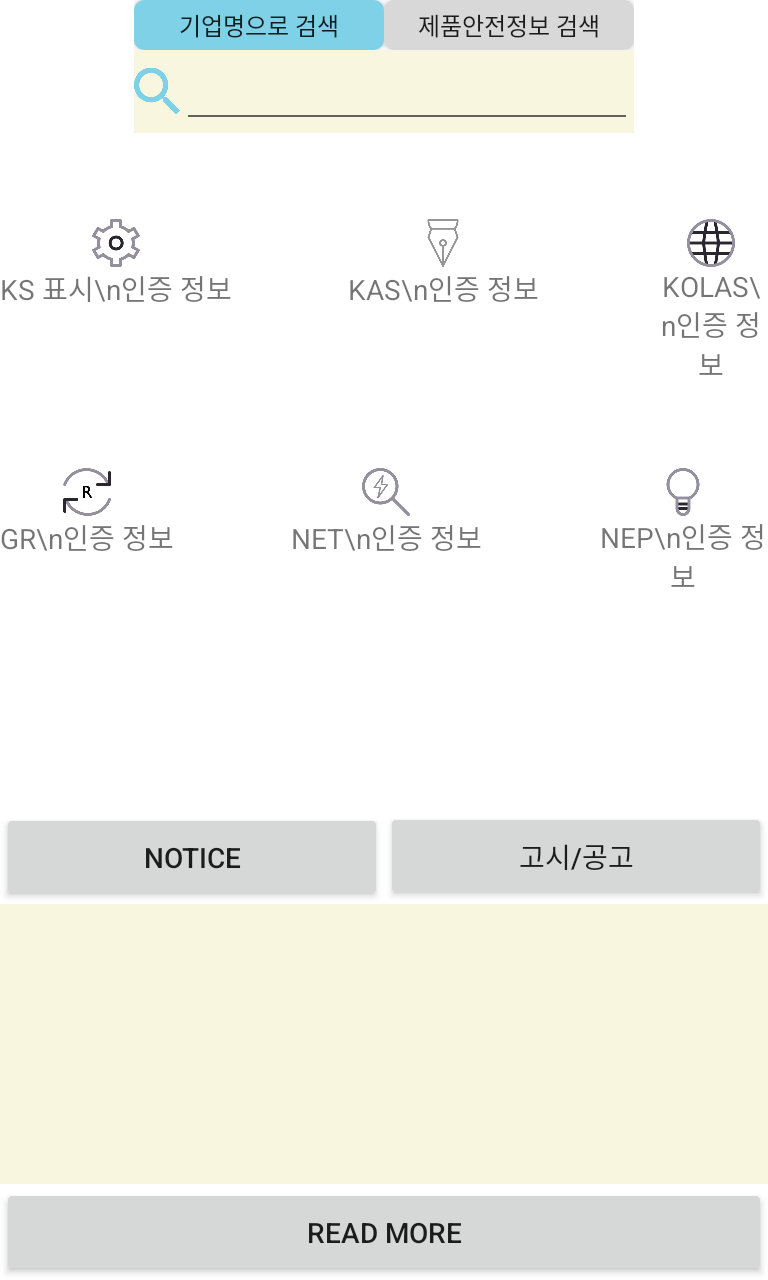
Repository: team-peony/ccfinder
Layout: android/CertifiedCompanyFinder/res/layout/fragment_main.xml
The author's editor kept a copy of each file at every save. The layout is drawn from the files as they stood at one save, then again after the next save.
It is drawn on a 768 x 1280 px phone screen (xhdpi) without system bars, with theme AppTheme; the app's code is not run. Lists and similar views that code fills are empty.

Above is the layout before, as saved 2015-02-19 17:14:28.

### android/CertifiedCompanyFinder/res/layout/fragment_main.xml
<RelativeLayout xmlns:android="http://schemas.android.com/apk/res/android"
    xmlns:tools="http://schemas.android.com/tools"
    android:layout_width="match_parent"
    android:layout_height="match_parent"
    android:background="#FFFFFF"
    tools:context="com.peony.ccfinder.MainActivity$PlaceholderFragment" >

    <!-- 검색어 입력창 부분 -->
    <LinearLayout
        android:id="@+id/main_llSearch"
        android:layout_centerHorizontal="true"
        android:layout_width="250dp"
        android:layout_height="wrap_content"
        android:orientation="vertical">

        <LinearLayout
            android:layout_width="match_parent"
            android:layout_height="wrap_content"
            android:orientation="horizontal">
            <Button
                android:id="@+id/main_btnCompany"
                android:layout_width="0dp"
                android:layout_height="25dp"
                android:layout_weight="1"
                android:padding="0dp"
                android:textSize="12sp"
                android:background="@drawable/search_type_selected"
                android:text="기업명으로 검색"/>

            <Button
                android:id="@+id/main_btnSafety"
                android:layout_width="0dp"
                android:layout_height="25dp"
                android:layout_weight="1"
                android:padding="0dp"
                android:textSize="12sp"
                android:background="@drawable/search_type_unselected"
                android:text="제품안전정보 검색"/>

        </LinearLayout>

        <LinearLayout
            android:layout_width="match_parent"
            android:layout_height="wrap_content"
            android:orientation="horizontal"
            android:background="@color/cc_color_bage"
            android:gravity="center_vertical">

            <ImageView
                android:layout_width="23dp"
                android:layout_height="25dp"
                android:src="@drawable/search_icon" />

            <EditText
                android:id="@+id/main_etKeyword"
                android:layout_width="match_parent"
                android:layout_height="wrap_content"/>

        </LinearLayout>
    </LinearLayout>


    <!-- 카테고리 부분 -->
    <LinearLayout
        android:id="@+id/main_llCategories"
        android:layout_width="wrap_content"
        android:layout_height="wrap_content"
        android:layout_marginTop="43dp"
        android:orientation="vertical"
        android:layout_centerHorizontal="true"
        android:layout_below="@id/main_llSearch">
        <!-- 카테고리 상단 -->
        <LinearLayout
            android:layout_width="wrap_content"
            android:layout_height="wrap_content"
            android:orientation="horizontal">

            <!-- KS -->
            <LinearLayout
                android:id="@+id/main_llCategoryKs"
                android:layout_width="wrap_content"
                android:layout_height="wrap_content"
                android:orientation="vertical"
                android:gravity="center">
	            <ImageView
	                android:layout_width="@dimen/category_icon_size"
	                android:layout_height="@dimen/category_icon_size"
	                android:src="@drawable/ks_icon" />

	            <TextView
	                android:layout_width="wrap_content"
	                android:layout_height="wrap_content"
	                android:text="KS 표시\n인증 정보"
	                android:gravity="center"/>
	        </LinearLayout>

            <!-- KAS -->
            <LinearLayout
                android:id="@+id/main_llCategoryKas"
                android:layout_width="wrap_content"
                android:layout_height="wrap_content"
                android:layout_marginLeft="@dimen/category_padding"
                android:layout_marginRight="@dimen/category_padding"
                android:orientation="vertical"
                android:gravity="center">
	            <ImageView
	                android:layout_width="@dimen/category_icon_size"
	                android:layout_height="@dimen/category_icon_size"
	                android:src="@drawable/kas_icon" />

	            <TextView
	                android:layout_width="wrap_content"
	                android:layout_height="wrap_content"
	                android:text="KAS\n인증 정보"
	                android:gravity="center"/>
	        </LinearLayout>

            <!-- KOLAS -->
            <LinearLayout
                android:id="@+id/main_llCategoryKolas"
                android:layout_width="wrap_content"
                android:layout_height="wrap_content"
                android:orientation="vertical"
                android:gravity="center">
	            <ImageView
	                android:layout_width="@dimen/category_icon_size"
	                android:layout_height="@dimen/category_icon_size"
	                android:src="@drawable/kolas_icon" />

	            <TextView
	                android:layout_width="wrap_content"
	                android:layout_height="wrap_content"
	                android:text="KOLAS\n인증 정보"
	                android:gravity="center"/>
	        </LinearLayout>

        </LinearLayout>


        <!-- 카테고리 하단 -->
        <LinearLayout
            android:layout_marginTop="42dp"
            android:layout_width="wrap_content"
            android:layout_height="wrap_content"
            android:orientation="horizontal">
            <!-- GR -->
            <LinearLayout
                android:id="@+id/main_llCategoryGr"
                android:layout_width="wrap_content"
                android:layout_height="wrap_content"
                android:orientation="vertical"
                android:gravity="center">
	            <ImageView
	                android:layout_width="@dimen/category_icon_size"
	                android:layout_height="@dimen/category_icon_size"
	                android:src="@drawable/gr_icon" />

	            <TextView
	                android:layout_width="wrap_content"
	                android:layout_height="wrap_content"
	                android:text="GR\n인증 정보"
	                android:gravity="center"/>
	        </LinearLayout>

            <!-- NET -->
            <LinearLayout
                android:id="@+id/main_llCategoryNet"
                android:layout_width="wrap_content"
                android:layout_height="wrap_content"
                android:layout_marginLeft="@dimen/category_padding"
                android:layout_marginRight="@dimen/category_padding"
                android:orientation="vertical"
                android:gravity="center">
	            <ImageView
	                android:layout_width="@dimen/category_icon_size"
	                android:layout_height="@dimen/category_icon_size"
	                android:src="@drawable/net_icon" />

	            <TextView
	                android:layout_width="wrap_content"
	                android:layout_height="wrap_content"
	                android:text="NET\n인증 정보"
	                android:gravity="center"/>
	        </LinearLayout>

            <!-- NEP -->
            <LinearLayout
                android:id="@+id/main_llCategoryNep"
                android:layout_width="wrap_content"
                android:layout_height="wrap_content"
                android:orientation="vertical"
                android:gravity="center">
	            <ImageView
	                android:layout_width="@dimen/category_icon_size"
	                android:layout_height="@dimen/category_icon_size"
	                android:src="@drawable/nep_icon" />

	            <TextView
	                android:layout_width="wrap_content"
	                android:layout_height="wrap_content"
	                android:text="NEP\n인증 정보"
	                android:gravity="center"/>
	        </LinearLayout>

        </LinearLayout>

    </LinearLayout>

    <!-- 공지 사항 -->
    <LinearLayout
        android:id="@+id/main_llNoticeArea"
        android:layout_width="match_parent"
        android:layout_height="wrap_content"
        android:orientation="vertical"
        android:layout_alignParentBottom="true">

        <!-- 공지 탭 -->
        <LinearLayout
            android:layout_width="match_parent"
            android:layout_height="wrap_content"
            android:orientation="horizontal">
            <Button
	            android:id="@+id/main_btnTabNotice"
	            android:layout_width="0dp"
	            android:layout_height="wrap_content"
	            android:layout_weight="1"
	            android:text="NOTICE"/>

	        <Button
	            android:id="@+id/main_btnTabGosi"
	            android:layout_width="0dp"
	            android:layout_height="wrap_content"
	            android:layout_weight="1"
	            android:text="고시/공고"/>
        </LinearLayout>

        <ListView
            android:id="@+id/main_lvNotices"
            android:layout_width="match_parent"
            android:layout_height="140dp"
            android:background="@color/cc_color_bage"/>

        <Button
	            android:id="@+id/main_btnReadMore"
	            android:layout_width="match_parent"
	            android:layout_height="wrap_content"
	            android:text="Read more"/>
    </LinearLayout>

</RelativeLayout>

### android/CertifiedCompanyFinder/res/values/styles.xml
<resources>

    <!--
        Base application theme, dependent on API level. This theme is replaced
        by AppBaseTheme from res/values-vXX/styles.xml on newer devices.
    -->
    <style name="AppBaseTheme" parent="Theme.AppCompat.Light">
        <!--
            Theme customizations available in newer API levels can go in
            res/values-vXX/styles.xml, while customizations related to
            backward-compatibility can go here.
        -->
    </style>

    <!-- Application theme. -->
    <style name="AppTheme" parent="AppBaseTheme">
        <!-- All customizations that are NOT specific to a particular API-level can go here. -->
    </style>

</resources>

### android/CertifiedCompanyFinder/res/drawable/search_type_selected.xml
<?xml version="1.0" encoding="utf-8"?>
<shape xmlns:android="http://schemas.android.com/apk/res/android" >
    <solid android:color="@color/cc_color_skyblue"/>
    <corners android:radius="5dp"/>
    <padding android:left="10dp"
        android:top="10dp"
        android:right="10dp"
        android:bottom="10dp"/>

</shape>

### android/CertifiedCompanyFinder/res/drawable/search_type_unselected.xml
<?xml version="1.0" encoding="utf-8"?>
<shape xmlns:android="http://schemas.android.com/apk/res/android" >
    <solid android:color="@color/cc_color_unselected"/>
    <corners android:radius="5dp"/>
    <padding android:left="10dp"
        android:top="10dp"
        android:right="10dp"
        android:bottom="10dp"/>

</shape>

### android/CertifiedCompanyFinder/res/values/colors.xml
<?xml version="1.0" encoding="utf-8"?>
<resources>
    <color name="cc_color_bage">#F8F6DF</color>
    <color name="cc_color_skyblue">#7ED1E6</color>
    <color name="cc_color_unselected">#D8D8D8</color>
</resources>

### android/CertifiedCompanyFinder/res/values/dimens.xml
<resources>

    <!-- Default screen margins, per the Android Design guidelines. -->
    <dimen name="activity_horizontal_margin">16dp</dimen>
    <dimen name="activity_vertical_margin">16dp</dimen>
	<dimen name="category_icon_size">24dp</dimen>
	<dimen name="category_padding">58dp</dimen>
</resources>

Loaded but not shown: android/CertifiedCompanyFinder/res/values-v11/styles.xml (common file); android/CertifiedCompanyFinder/res/values-v14/styles.xml (common file)

After the next save:
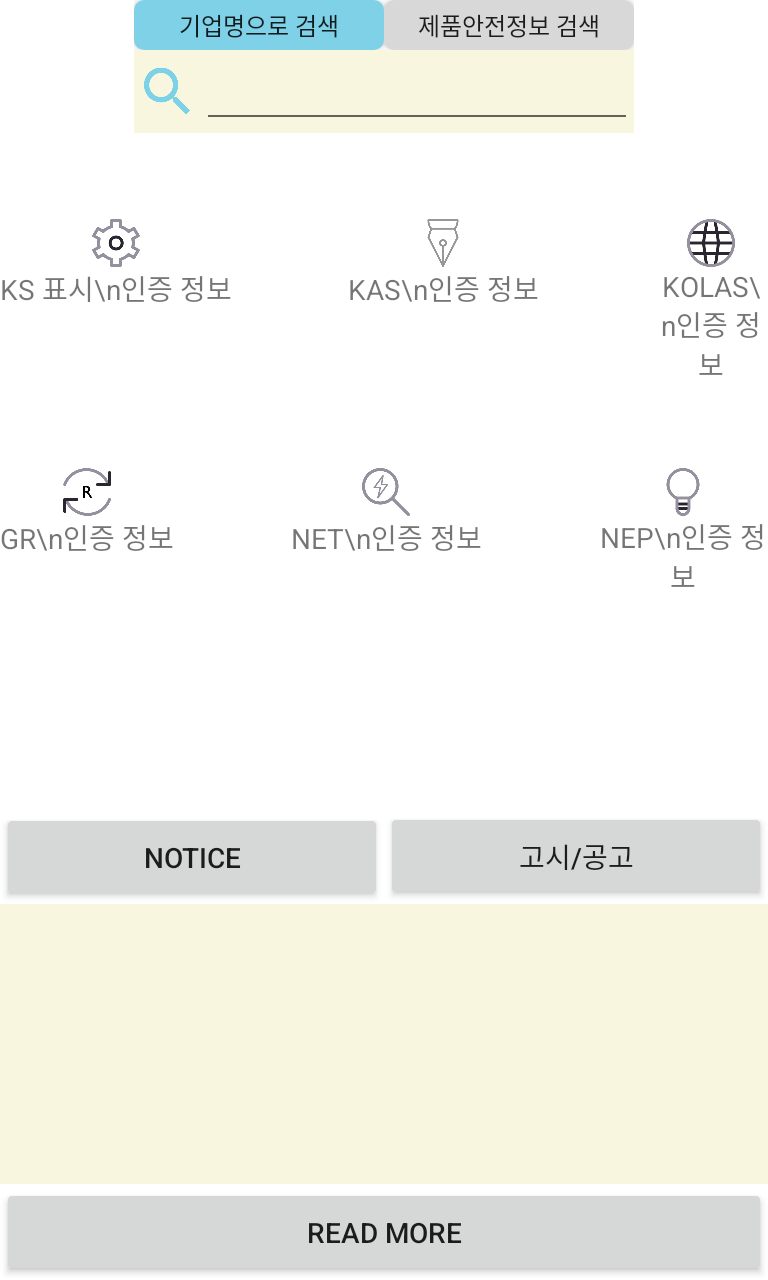
Saved 18 s later.
--- a/android/CertifiedCompanyFinder/res/layout/fragment_main.xml
+++ b/android/CertifiedCompanyFinder/res/layout/fragment_main.xml
@@ -49,6 +49,7 @@
             <ImageView
                 android:layout_width="23dp"
                 android:layout_height="25dp"
+                android:layout_margin="5dp"
                 android:src="@drawable/search_icon" />
 
             <EditText
